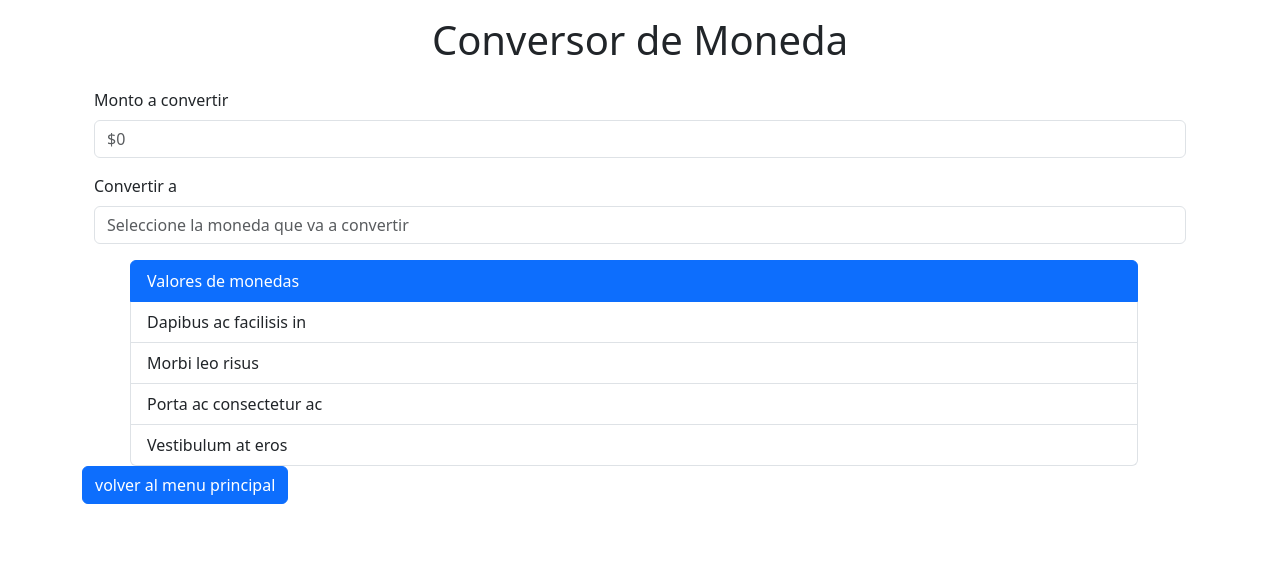
Repository: MaxiSoriano70/ALURA_Challenge_Oracle_ONE_Conversor
Page: http://localhost/conversores/WEB-INF/view/conversorDeMonedas.jsp
The author's editor kept a copy of each file at every save. The page is drawn from the files as they stood at one save, then again after the next save.
The browser window is 1280 px wide. The pictures show the whole page.
The page is served by Tomcat 10. Nobody is signed in. Other server files are loaded and not shown. The template is opened directly, without the code that normally fills it, so the values that code supplies are empty.

Above is the page before, as saved 2023-05-13 06:51:05.

### Conversor/conversores/src/main/webapp/WEB-INF/view/conversorDeMonedas.jsp
<%@ page language="java" contentType="text/html; charset=ISO-8859-1"
	pageEncoding="ISO-8859-1"%>
<!DOCTYPE html>
<html>
<head>
<meta charset="ISO-8859-1">
<title>Conversor</title>
<link
	href="https://cdn.jsdelivr.net/npm/bootstrap@5.3.0-alpha3/dist/css/bootstrap.min.css"
	rel="stylesheet"
	integrity="sha384-KK94CHFLLe+nY2dmCWGMq91rCGa5gtU4mk92HdvYe+M/SXH301p5ILy+dN9+nJOZ"
	crossorigin="anonymous">
</head>
<body class="container">
	<div class="title text-center py-3">
		<h1>Conversor de Moneda</h1>
	</div>
	<div class="container-md">
		<div class="mb-3">
			<label for="formMonto" class="form-label">Monto a convertir </label> <input type="number" class="form-control"
				id="formMonto" placeholder="$0">
		</div>
		<div class="mb-3">
			<label for="formMoneda" class="form-label">Convertir a</label> <input class="form-control" list="datalistOptions"
				id="formMoneda" placeholder="Seleccione la moneda que va a convertir">
			<datalist id="datalistOptions">
				<option value="San Francisco">
				<option value="New York">
				<option value="Seattle">
				<option value="Los Angeles">
				<option value="Chicago">
			</datalist>
		</div>
	</div>

	<div class="row mx-5">
		<ul class="list-group">
			<li class="list-group-item active">Valores de monedas</li>
			<li class="list-group-item">Dapibus ac facilisis in</li>
			<li class="list-group-item">Morbi leo risus</li>
			<li class="list-group-item">Porta ac consectetur ac</li>
			<li class="list-group-item">Vestibulum at eros</li>
		</ul>
	</div>
	<a href="entrada?accion=Index" class="btn btn-primary">volver al menu principal</a>
	<script
		src="https://cdn.jsdelivr.net/npm/bootstrap@5.3.0-alpha3/dist/js/bootstrap.bundle.min.js"
		integrity="sha384-ENjdO4Dr2bkBIFxQpeoTz1HIcje39Wm4jDKdf19U8gI4ddQ3GYNS7NTKfAdVQSZe"
		crossorigin="anonymous"></script>
</body>
</html>

After the next save:
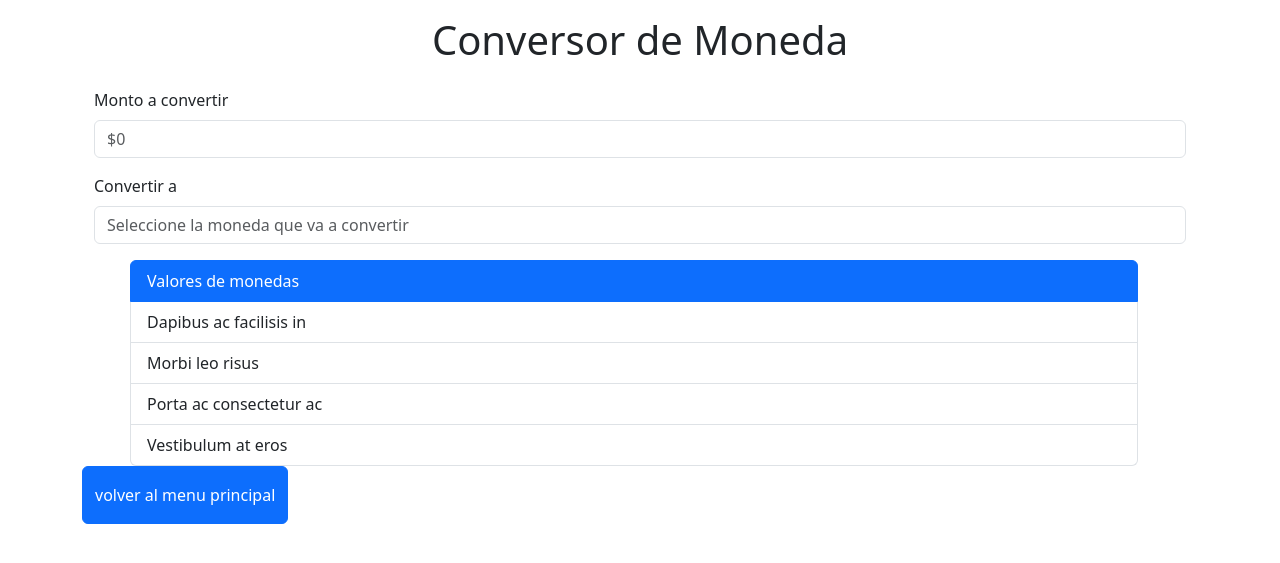
Saved 10 s later.
--- a/Conversor/conversores/src/main/webapp/WEB-INF/view/conversorDeMonedas.jsp
+++ b/Conversor/conversores/src/main/webapp/WEB-INF/view/conversorDeMonedas.jsp
@@ -42,7 +42,7 @@
 			<li class="list-group-item">Vestibulum at eros</li>
 		</ul>
 	</div>
-	<a href="entrada?accion=Index" class="btn btn-primary">volver al menu principal</a>
+	<a href="entrada?accion=Index" class="btn btn-primary py-3">volver al menu principal</a>
 	<script
 		src="https://cdn.jsdelivr.net/npm/bootstrap@5.3.0-alpha3/dist/js/bootstrap.bundle.min.js"
 		integrity="sha384-ENjdO4Dr2bkBIFxQpeoTz1HIcje39Wm4jDKdf19U8gI4ddQ3GYNS7NTKfAdVQSZe"
